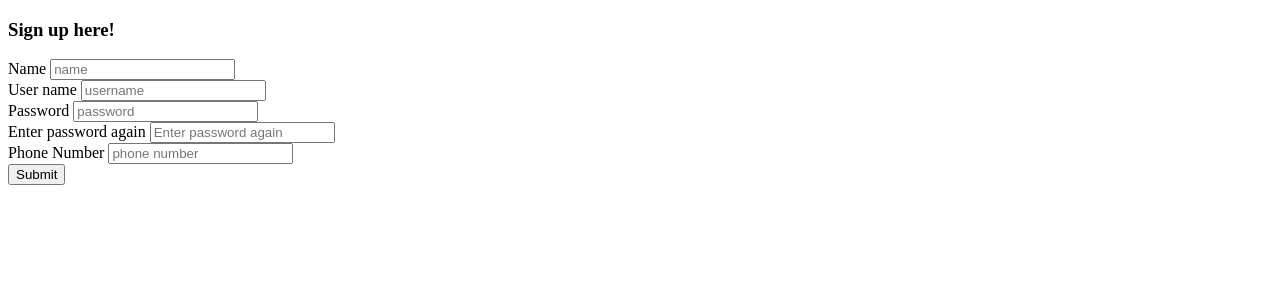
Repository: ApoorvaMishra4/Bootcamp
Page: http://localhost/Login/Registration.jsp
These files come from the project's save history. The page is drawn as it stood at one moment and after the next save; the edit follows.
The browser window is 1280 px wide. The pictures show the whole page.
The page is served by Tomcat 9. Other server files are loaded and not shown.

Above is the page before, as saved 2018-08-09 09:06:39.

### Login/src/main/webapp/Registration.jsp
<%@page contentType="text/html" pageEncoding="UTF-8"%>
<!DOCTYPE html>

<html>
<head>
<meta http-equiv="Content-Type" content="text/html; charset=UTF-8">
<title>Registration</title>
</head>
<body>
	<form method="post" action="registration">
		<h3>Sign up here!</h3>
		<label for="name">Name</label> <input type="text" name="name"
			placeholder="name"> <br> <label for="username">User
			name</label> <input type="text" name="username" placeholder="username">
		<br> <label for="password">Password</label> <input
			type="password" name="password" placeholder="password"> <br>
		<label for="reEnterPassword">Enter password again</label> <input
			type="password" name="reEnterPassword"
			placeholder="Enter password again"> <br> <label
			for="phoneNumber">Phone Number</label> <input type="text"
			name="phoneNumber" placeholder="phone number"> <br>
			<input type="submit" value="Submit" >
	</form>
</body>
</html>

After the next save:
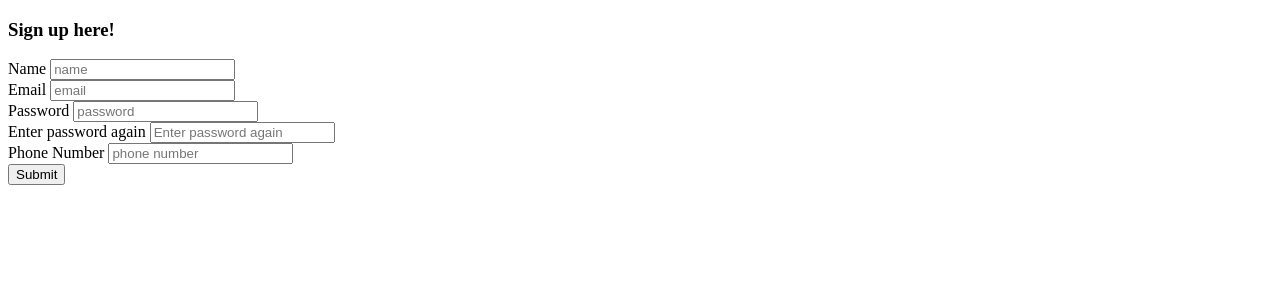
Saved 7 min 25 s later.
--- a/Login/src/main/webapp/Registration.jsp
+++ b/Login/src/main/webapp/Registration.jsp
@@ -10,8 +10,7 @@
 	<form method="post" action="registration">
 		<h3>Sign up here!</h3>
 		<label for="name">Name</label> <input type="text" name="name"
-			placeholder="name"> <br> <label for="username">User
-			name</label> <input type="text" name="username" placeholder="username">
+			placeholder="name"> <br> <label for="email">Email</label> <input type="text" name="email" placeholder="email">
 		<br> <label for="password">Password</label> <input
 			type="password" name="password" placeholder="password"> <br>
 		<label for="reEnterPassword">Enter password again</label> <input
